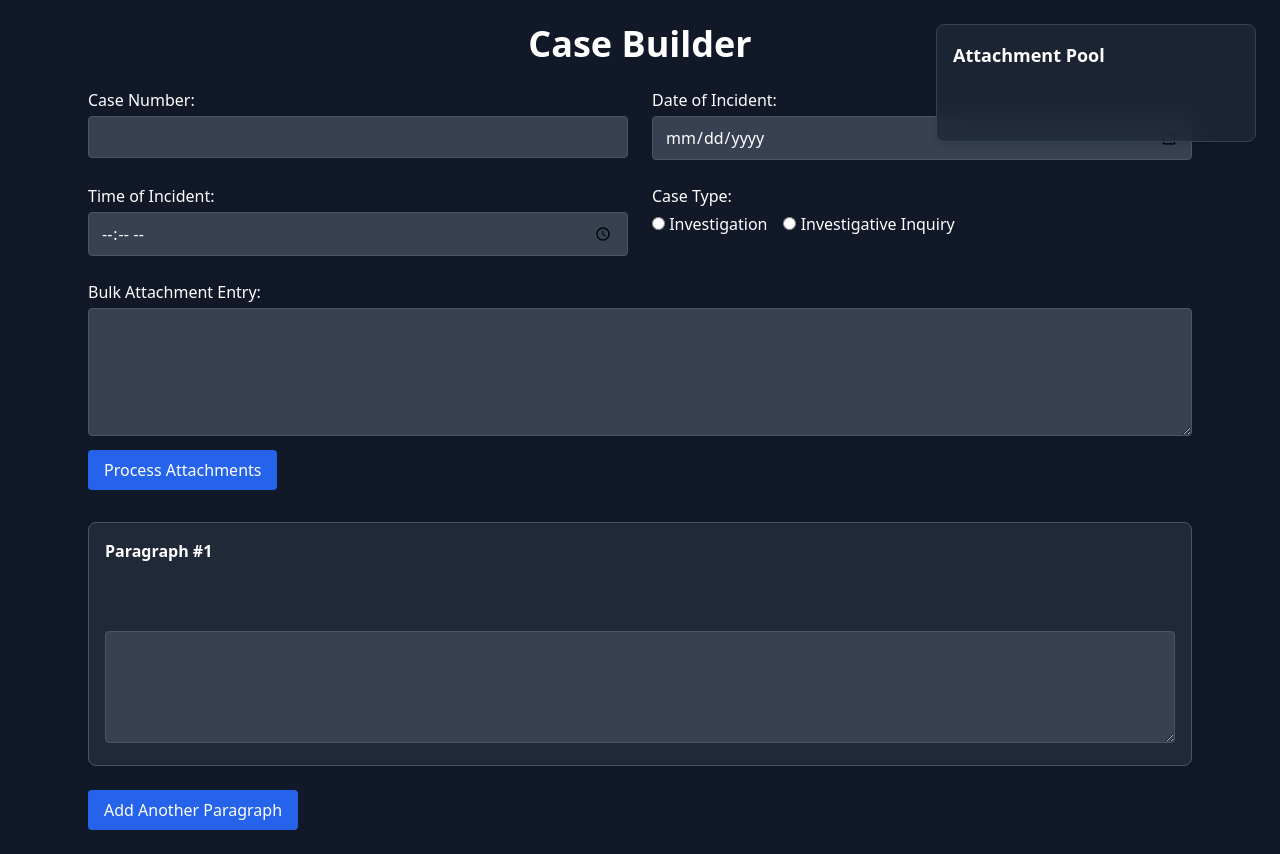
Repository: GettinLudes/CaseBuilder
Page: /
The author's editor kept a copy of each file at every save. The page is drawn from the files as they stood at one save, then again after the next save.
The browser window is 1280 px wide. The pictures show the whole page.
The project was rebuilt for these pictures with package versions that can differ from the ones it lists, and the page was loaded fresh each time. Also part of the build but not shown: svelte.config.js, vite.config.js.

Above is the page before, as saved 2025-04-11 13:07:45.

After the next save:
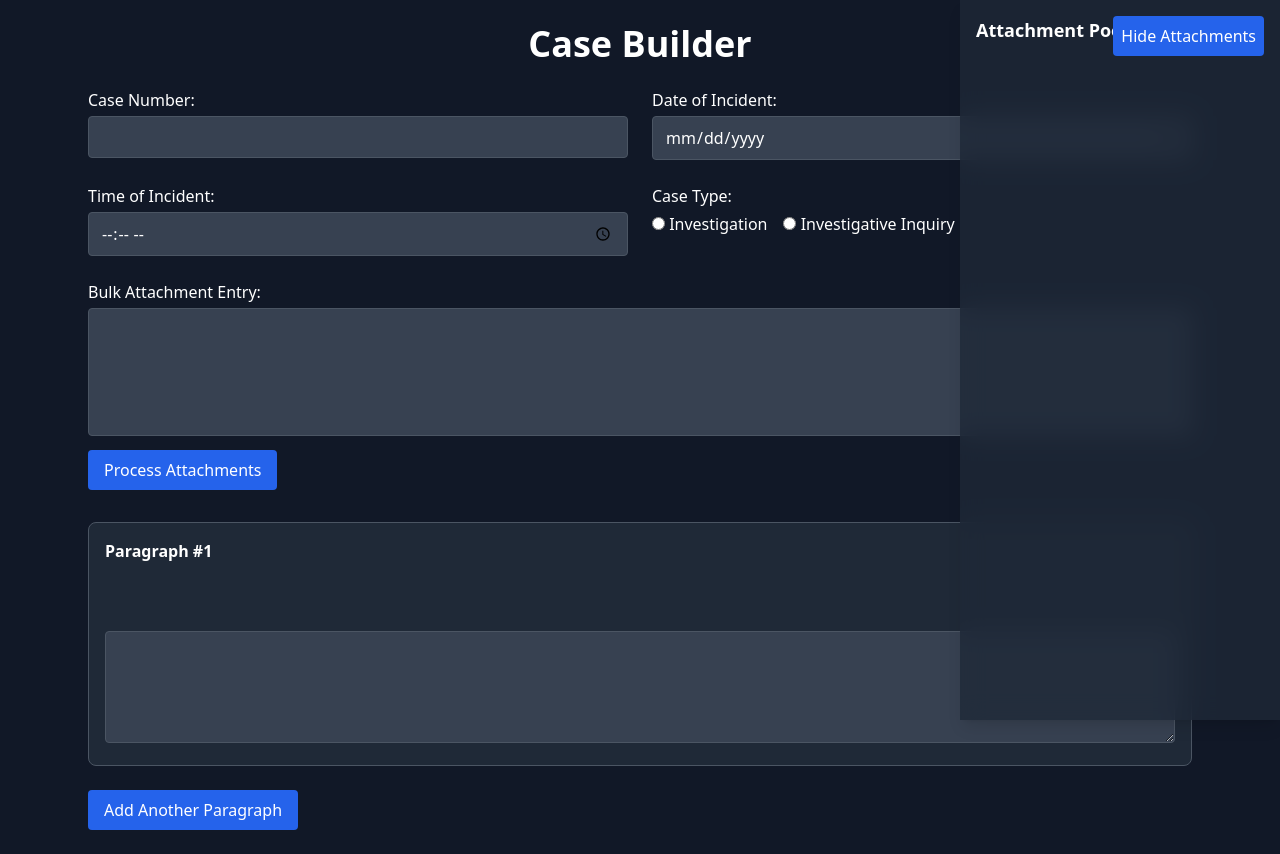
Saved 20 min 7 s later.
--- a/src/App.svelte
+++ b/src/App.svelte
@@ -11,7 +11,8 @@
 	let bulkAttachmentInput = '';
 
 	let allAttachments = [];
-	let paragraphs = [{ content: '', attachments: [] }];
+	let paragraphs = [{ content: '', attachments: [], typeOptions: [] }];
+	let showDrawer = true;
 
 	function resizeTextarea(e) {
 		e.target.style.height = 'auto';
@@ -28,14 +29,15 @@
 				raw,
 				type: type || 'Unknown',
 				name: name || 'UNKNOWN',
-				date: date || 'UNKNOWN DATE'
+				date: date || 'UNKNOWN DATE',
+				text: raw
 			};
 		});
 		initDragDrop();
 	}
 
 	async function addParagraph() {
-		paragraphs = [...paragraphs, { content: '', attachments: [] }];
+		paragraphs = [...paragraphs, { content: '', attachments: [], typeOptions: [] }];
 		await tick();
 		const last = document.querySelectorAll('.paragraph-block');
 		const el = last[last.length - 1];
@@ -53,9 +55,27 @@
 
 	function dropAttachment(index, id) {
 		const att = allAttachments.find(a => a.id === id);
-		if (!att) return;
-		paragraphs.forEach(p => p.attachments = p.attachments.filter(a => a.id !== id));
+		if (!att || index === 0) return;
 		paragraphs[index].attachments.push(att);
+		triggerDynamicOptions(index, att);
+	}
+
+	function triggerDynamicOptions(index, att) {
+		if (!paragraphs[index].typeOptions) paragraphs[index].typeOptions = [];
+		const options = [];
+
+		if (att.text.toLowerCase().includes('incident report')) {
+			options.push('incidentType');
+		} else if (att.text.toLowerCase().includes('living unit history')) {
+			options.push('livingUnit');
+		} else if (att.text.toLowerCase().includes('dvd')) {
+			const photo = allAttachments.find(a => a.text.toLowerCase().includes('photographs'));
+			if (photo) paragraphs[index].attachments.push(photo);
+			options.push('dvd');
+		} else if (att.text.toLowerCase().includes('outpatient progress')) {
+			options.push('oopn');
+		}
+		paragraphs[index].typeOptions.push(...options);
 	}
 
 	function initDragDrop() {
@@ -66,6 +86,11 @@
 					animation: 150,
 					onAdd: evt => {
 						const id = evt.item.dataset.id;
+						if (idx === 0) {
+							evt.from.appendChild(evt.item);
+							evt.item.title = 'Chill out Becky';
+							return;
+						}
 						dropAttachment(idx, id);
 					}
 				});
@@ -88,6 +113,7 @@
 <main class="p-6 text-white bg-gray-900 min-h-screen max-w-6xl mx-auto">
 	<h1 class="text-4xl font-bold mb-6 text-center">Case Builder</h1>
 
+	<!-- Form Inputs -->
 	<div class="mb-6 grid grid-cols-2 gap-6">
 		<div>
 			<label class="block mb-1">Case Number:</label>
@@ -110,33 +136,63 @@
 		</div>
 	</div>
 
+	<!-- Bulk Attachment Input -->
 	<div class="mb-6">
 		<label class="block mb-1">Bulk Attachment Entry:</label>
 		<textarea bind:value={bulkAttachmentInput} on:input={resizeTextarea} class="input-field h-32"></textarea>
 		<button class="button mt-2" on:click={processBulkAttachments}>Process Attachments</button>
 	</div>
 
-	<div class="fixed top-6 right-6 w-80 max-h-[85vh] p-4 rounded-lg bg-gray-800/80 border border-gray-700 shadow-md backdrop-blur-md overflow-y-auto cursor-move">
+	<!-- Toggle Drawer -->
+	<button class="fixed right-4 top-4 z-50 bg-blue-600 text-white p-2 rounded" on:click={() => showDrawer = !showDrawer}>
+		{showDrawer ? 'Hide' : 'Show'} Attachments
+	</button>
+
+	<!-- Drawer for Attachment Pool -->
+	<div class={`fixed top-0 right-0 h-full bg-gray-800/80 backdrop-blur-md p-4 shadow-lg transition-transform transform ${showDrawer ? 'translate-x-0' : 'translate-x-full'} w-80 overflow-y-auto z-40`}>
 		<h2 class="text-lg font-semibold mb-2">Attachment Pool</h2>
 		<ul id="attachmentPool" class="drag-and-drop__items text-xs">
-			{#each allAttachments as att (att.id)}
-				<li class="drag-and-drop__item" data-id={att.id}><strong>{att.index + 1}.</strong> {att.text || att.raw}</li>
+			{#each allAttachments as att, i (att.id)}
+				<li class="drag-and-drop__item" data-id={att.id}>{i + 1}. {att.text || att.raw}</li>
 			{/each}
 		</ul>
 	</div>
 
+	<!-- Paragraphs -->
 	<div class="space-y-6 mt-8">
 		{#each paragraphs as para, index (index)}
 			<div class="paragraph-block bg-gray-800 p-4 rounded-lg border border-gray-600">
 				<h2 class="font-semibold mb-2">Paragraph #{index + 1}</h2>
 				<ul class="drag-and-drop__items" data-paragraph-index>
-					{#each para.attachments as att (att.id)}
+					{#each para.attachments as att, aIndex (att.id + '-' + aIndex)}
 						<li class="drag-and-drop__item bg-gray-700">
 							📎 {att.text || att.raw}
 							<button class="ml-2 text-red-400 hover:text-red-600" on:click={() => removeAttachment(index, att.id)}>Remove</button>
 						</li>
 					{/each}
 				</ul>
+
+				{#each para.typeOptions as opt}
+					{#if opt === 'incidentType'}
+						<select class="input-field mt-3">
+							<option>Select Incident Report Type</option>
+							<option value="full">Full transcribed email</option>
+							<option value="consistent">Consistent Statement 434</option>
+							<option value="refusal">Interview Refusal 434</option>
+							<option value="grouped">Grouped Incident Reports</option>
+						</select>
+					{/if}
+					{#if opt === 'livingUnit'}
+						<input class="input-field mt-3" placeholder="Enter Cell" />
+					{/if}
+					{#if opt === 'oopn'}
+						<p class="text-xs mt-2">OOPN placeholder auto-text</p>
+					{/if}
+					{#if opt === 'dvd'}
+						<p class="text-xs mt-2">DVD & Photo placeholder auto-text</p>
+					{/if}
+				{/each}
+
 				<textarea bind:value={para.content} class="input-field mt-3 h-28"></textarea>
 				{#if index !== 0}
 					<button class="text-sm text-red-400 hover:text-red-600 mt-2" on:click={() => deleteParagraph(index)}>🗑️ Delete</button>
